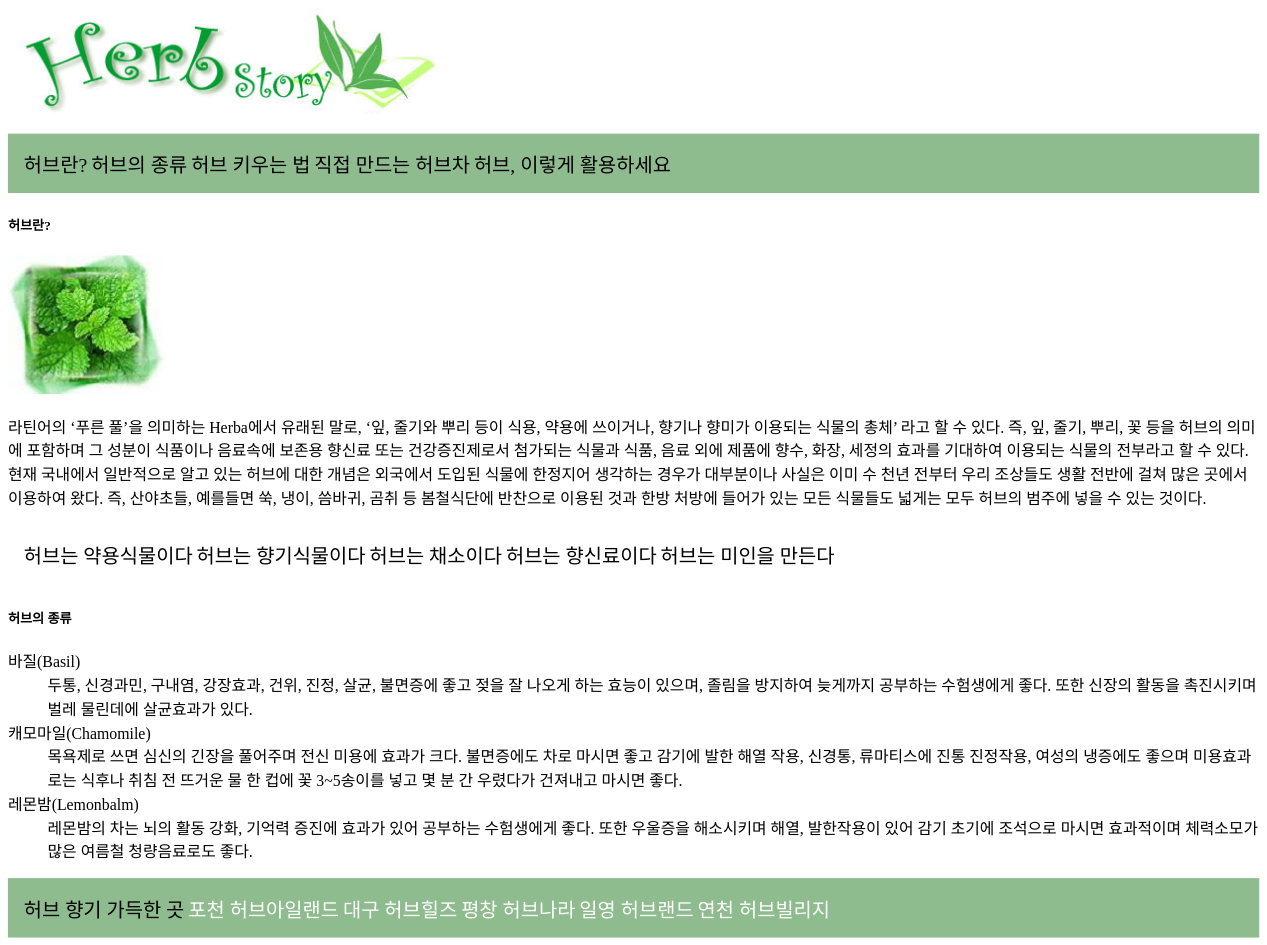
Repository: WonSeungUn/VSCODE
Page: web_work/CSS/WebContent/layout.htm
The author's editor kept a copy of each file at every save. The page is drawn from the files as they stood at one save, then again after the next save.
The browser window is 1280 px wide. The pictures show the whole page, at 99% of full size.

Above is the page before, as saved 2024-07-09 07:50:51.

### web_work/CSS/WebContent/layout.htm
<!DOCTYPE HTML PUBLIC "-//W3C//DTD HTML 4.01//EN" "http://www.w3.org/TR/html4/strict.dtd">
<html>
<head>
<title>레이아웃 연습하기</title>
<meta http-equiv="Content-Type" content="text/html; charset=UTF-8">
<style type="text/css">

	ul {
		padding: 16px;
	}

	li {
		display: inline;
		font-size: 20px;
	}

	a {
		text-decoration: none;
		color: black;
	}
	#infolist ul li a {
		color : white;
	}

	#menu, #infolist {
		background: darkseagreen;
		height: 60px;
	}
</style>
</head>
<body>

<div>
	<img src="images/herblogo.jpg">
</div>

<div id="menu">
 <ul>
  <li><a href="#">허브란?</a></li>
  <li><a href="#">허브의 종류</a></li>
  <li><a href="#">허브 키우는 법</a></li>
  <li><a href="#">직접 만드는 허브차</a></li>
  <li><a href="#">허브, 이렇게 활용하세요</a></li>
 </ul>
</div>

<div id="content1">
 <h5>허브란? </h5>
 <img src="images/balm.jpg" id="balm">
 <p>라틴어의 ‘푸른 풀’을 의미하는 Herba에서 유래된 말로, ‘잎, 줄기와 뿌리 등이 식용, 약용에 쓰이거나, 향기나 향미가 이용되는 식물의 총체’ 라고 할 수 있다. 즉, 잎, 줄기, 뿌리, 꽃 등을 허브의 의미에 포함하며 그 성분이 식품이나 음료속에 보존용 향신료 또는 건강증진제로서 첨가되는 식물과 식품, 음료 외에 제품에 향수, 화장, 세정의 효과를 기대하여 이용되는 식물의 전부라고 할 수 있다.현재 국내에서 일반적으로 알고 있는 허브에 대한 개념은 외국에서 도입된 식물에 한정지어 생각하는 경우가 대부분이나 사실은 이미 수 천년 전부터 우리 조상들도 생활 전반에 걸쳐 많은 곳에서 이용하여 왔다. 즉, 산야초들, 예를들면 쑥, 냉이, 씀바귀, 곰취 등 봄철식단에 반찬으로 이용된 것과 한방 처방에 들어가 있는 모든 식물들도 넓게는 모두 허브의 범주에 넣을 수 있는 것이다.</p>
 <ul>
  <li>허브는 약용식물이다</li>
  <li>허브는 향기식물이다</li>
  <li>허브는 채소이다</li>
  <li>허브는 향신료이다</li>
  <li>허브는 미인을 만든다</li>
 </ul>
</div>

<div id="content2">
 <h5>허브의 종류</h5>
 <dt>바질(Basil)</dt>
  <dd>두통, 신경과민, 구내염, 강장효과, 건위, 진정, 살균, 불면증에 좋고 젖을 잘 나오게 하는 효능이 있으며, 졸림을 방지하여 늦게까지 공부하는 수험생에게 좋다. 또한 신장의 활동을 촉진시키며 벌레 물린데에 살균효과가 있다.</dd>
 <dt>캐모마일(Chamomile)</dt>
  <dd>목욕제로 쓰면 심신의 긴장을 풀어주며 전신 미용에 효과가 크다. 불면증에도 차로 마시면 좋고 감기에 발한 해열 작용, 신경통, 류마티스에 진통 진정작용, 여성의 냉증에도 좋으며 미용효과로는 식후나 취침 전 뜨거운 물 한 컵에 꽃 3~5송이를 넣고 몇 분 간 우렸다가 건져내고 마시면 좋다.</dd>
 <dt>레몬밤(Lemonbalm)</dt>
  <dd>레몬밤의 차는 뇌의 활동 강화, 기억력 증진에 효과가 있어 공부하는 수험생에게 좋다. 또한 우울증을 해소시키며 해열, 발한작용이 있어 감기 초기에 조석으로 마시면 효과적이며 체력소모가 많은 여름철 청량음료로도 좋다.</dd>
</div>

<div id="infolist">
 <ul>
  <li id="list_title">허브 향기 가득한 곳</li>
  <li><a href="http://www.herbisland.net/" target="_blank">포천 허브아일랜드</a></li>
  <li><a href="http://www.herbhillz.com/" target="_blank">대구 허브힐즈</a></li>
  <li><a href="http://www.herbnara.com/" target="_blank">평창 허브나라</a></li>
  <li><a href="http://www.iyherbland.co.kr/" target="_blank">일영 허브랜드</a></li>
  <li><a href="http://www.herbvillage.co.kr/" target="_blank">연천 허브빌리지</a></li>
 </ul>
</div>
</body>
</html>

After the next save:
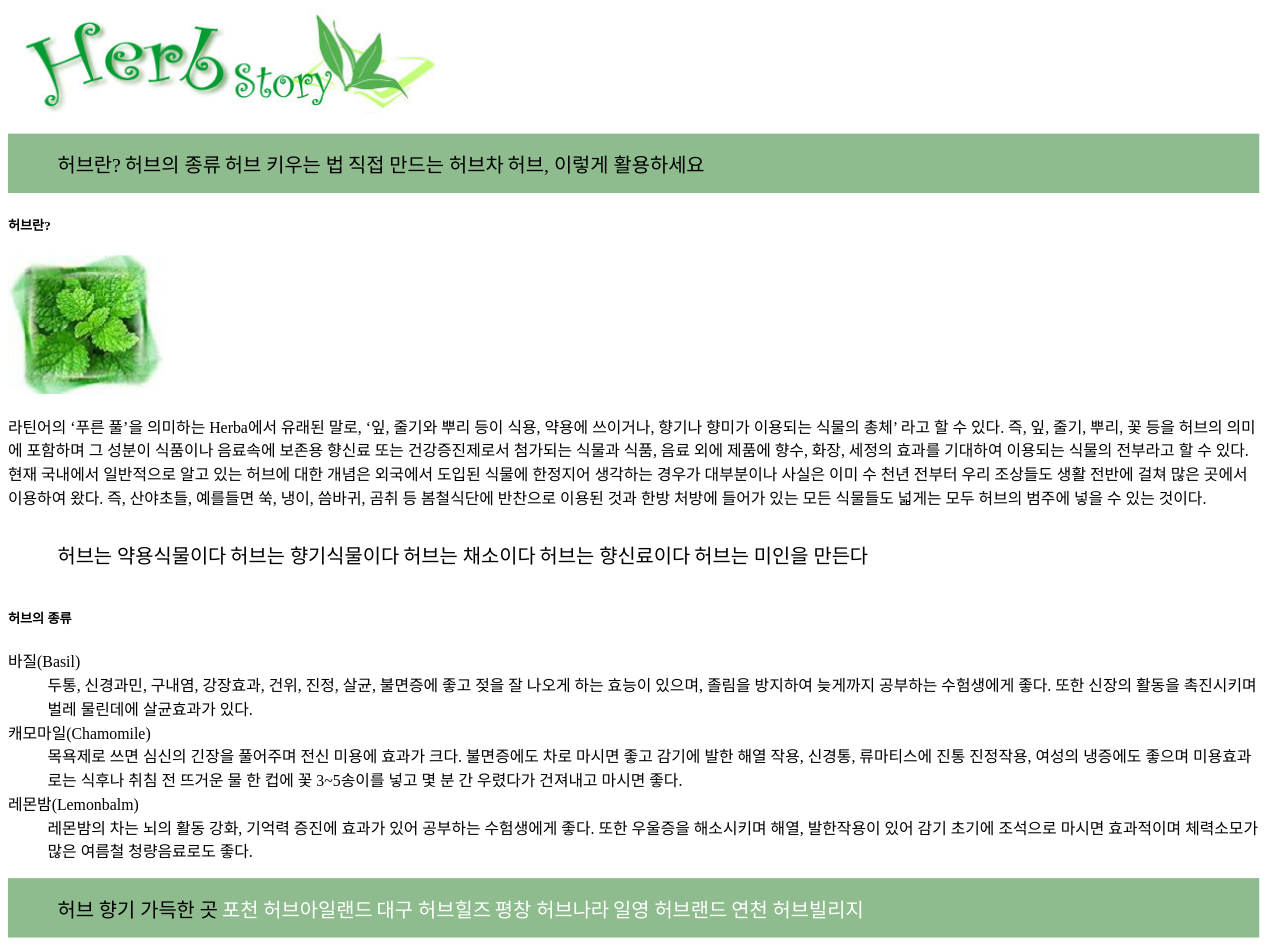
Saved 41 s later.
--- a/web_work/CSS/WebContent/layout.htm
+++ b/web_work/CSS/WebContent/layout.htm
@@ -7,6 +7,7 @@
 
 	ul {
 		padding: 16px;
+		padding-left: 50px;
 	}
 
 	li {
